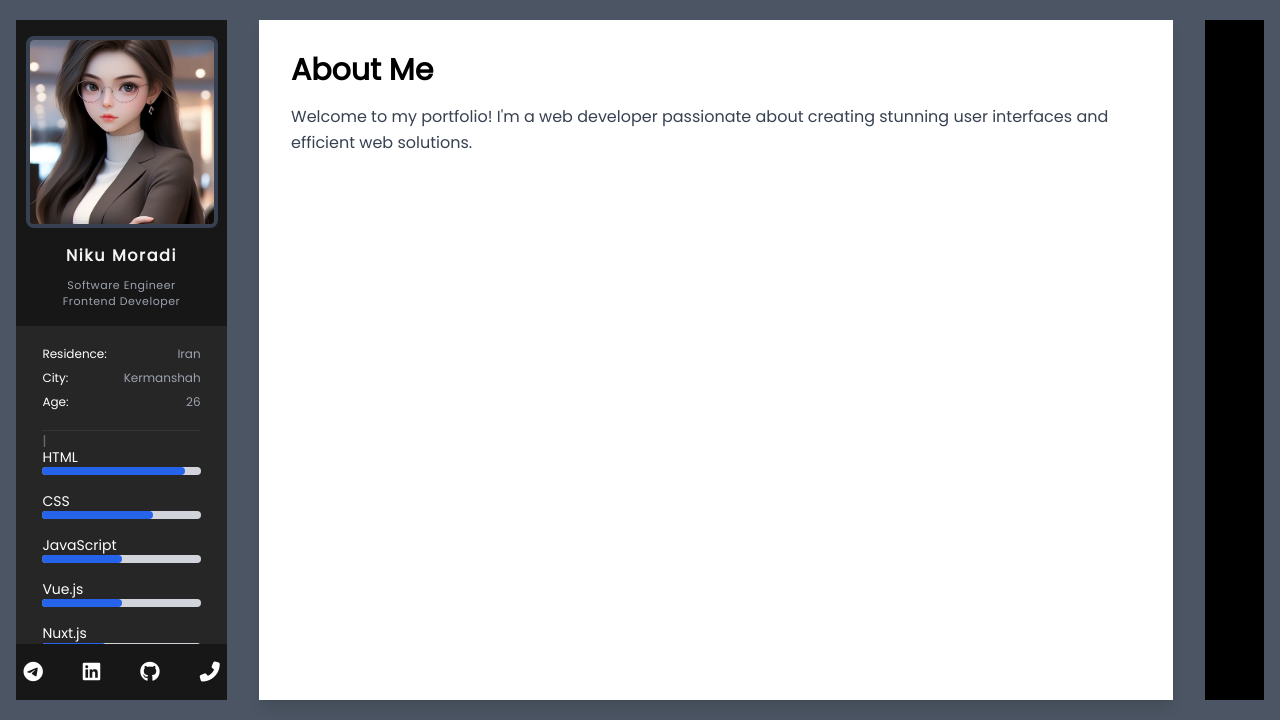
Repository: NikuMoradi/niku-moradi
Page: /
These files come from the project's save history. The page is drawn as it stood at one moment and after the next save; the edit follows.
The browser window is 1280 px wide. The pictures show the whole page.
The project was rebuilt for these pictures with package versions that can differ from the ones it lists, and the page was loaded fresh each time. The framework's server and built-in components were replaced by stand-ins that run in the browser. Also part of the build but not shown: nuxt.config.ts, components/Blog Posts/Component-Design.vue, components/Blog.vue, components/Contact.vue, components/Education.vue, components/Experience.vue, components/Hero.vue, components/Menu.vue and 3 more.

Above is the page before, as saved 2024-11-29 11:45:07.

After the next save:
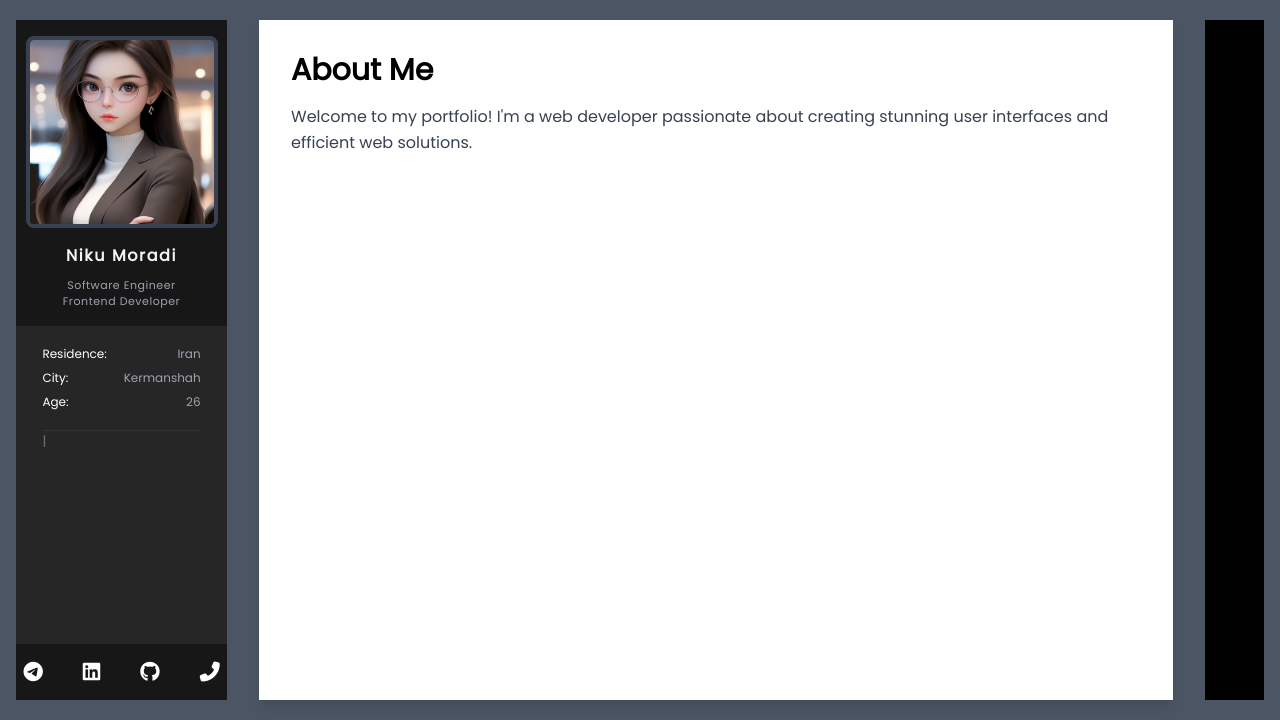
Saved 7 min 41 s later.
--- a/components/LeftPanel.vue
+++ b/components/LeftPanel.vue
@@ -50,56 +50,6 @@
       <!-- divider -->
       <div class="w-full h-px bg-gray-600 opacity-30 mb-4">l</div>
       <!-- Skill Bars -->
-      <div class="space-y-4 pb-5">
-        <div>
-          <label class="block text-sm">HTML</label>
-          <div class="w-full bg-gray-300 h-2 rounded-full">
-            <div class="bg-blue-600 h-2 rounded-full w-[90%]"></div>
-          </div>
-        </div>
-        <div>
-          <label class="block text-sm">CSS</label>
-          <div class="w-full bg-gray-300 h-2 rounded-full">
-            <div class="bg-blue-600 h-2 rounded-full w-[70%]"></div>
-          </div>
-        </div>
-        <div>
-          <label class="block text-sm">JavaScript</label>
-          <div class="w-full bg-gray-300 h-2 rounded-full">
-            <div class="bg-blue-600 h-2 rounded-full w-[50%]"></div>
-          </div>
-        </div>
-        <div>
-          <label class="block text-sm">Vue.js</label>
-          <div class="w-full bg-gray-300 h-2 rounded-full">
-            <div class="bg-blue-600 h-2 rounded-full w-[50%]"></div>
-          </div>
-        </div>
-        <div>
-          <label class="block text-sm">Nuxt.js</label>
-          <div class="w-full bg-gray-300 h-2 rounded-full">
-            <div class="bg-blue-600 h-2 rounded-full w-[40%]"></div>
-          </div>
-        </div>
-        <div>
-          <label class="block text-sm">Quasar</label>
-          <div class="w-full bg-gray-300 h-2 rounded-full">
-            <div class="bg-blue-600 h-2 rounded-full w-[70%]"></div>
-          </div>
-        </div>
-        <div>
-          <label class="block text-sm">Tailwind</label>
-          <div class="w-full bg-gray-300 h-2 rounded-full">
-            <div class="bg-blue-600 h-2 rounded-full w-[60%]"></div>
-          </div>
-        </div>
-        <div>
-          <label class="block text-sm">Git</label>
-          <div class="w-full bg-gray-300 h-2 rounded-full">
-            <div class="bg-blue-600 h-2 rounded-full w-[40%]"></div>
-          </div>
-        </div>
-      </div>
     </div>
 
     <!-- Social Links -->
